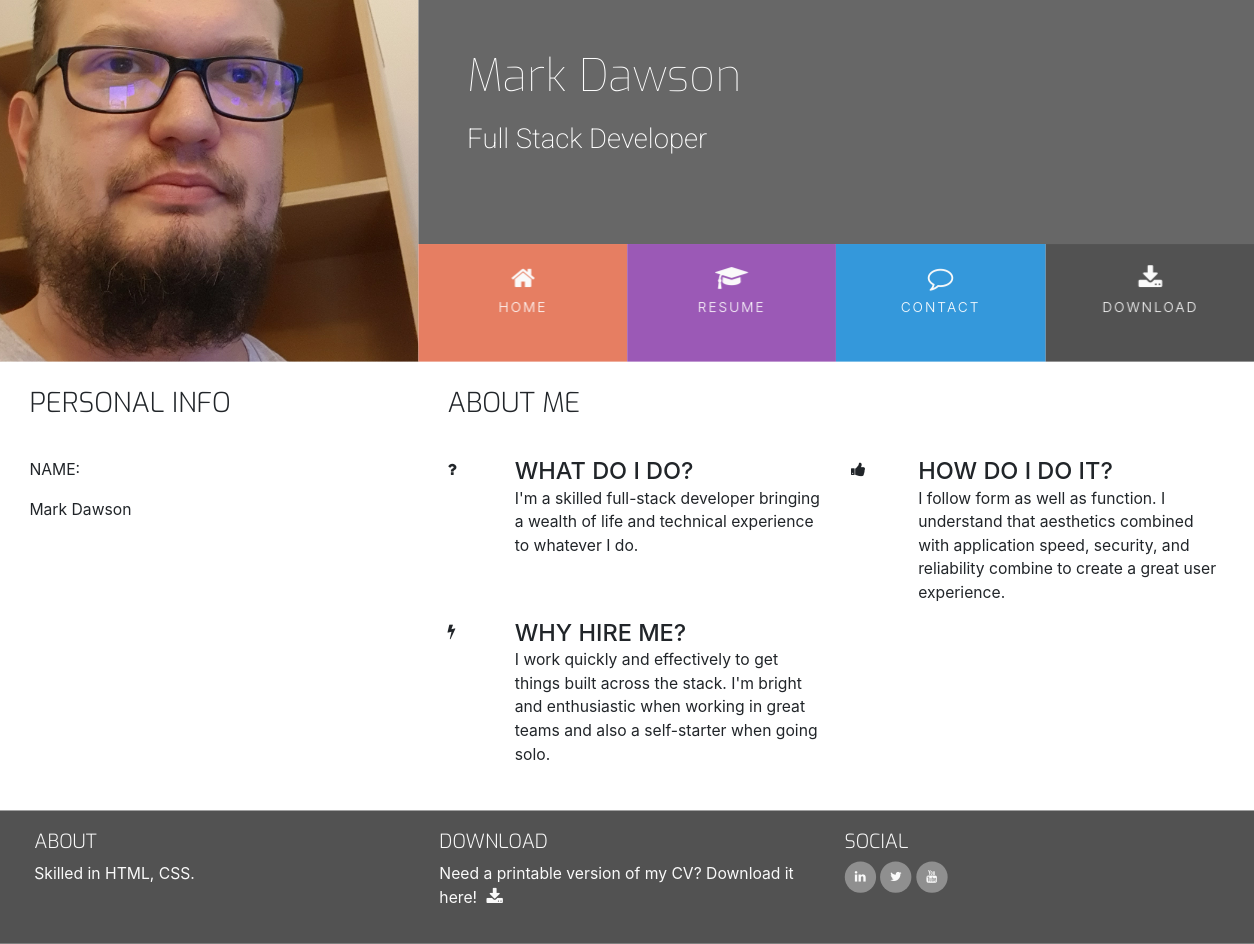
Repository: marcopolomt/resume
Page: index.html
The author's editor kept a record of every edit. The page is drawn from the files as they stood at one moment, then again after the next edit.
The browser window is 1280 px wide. The pictures show the whole page, at 98% of full size.

Above is the page before.

After the next edit:
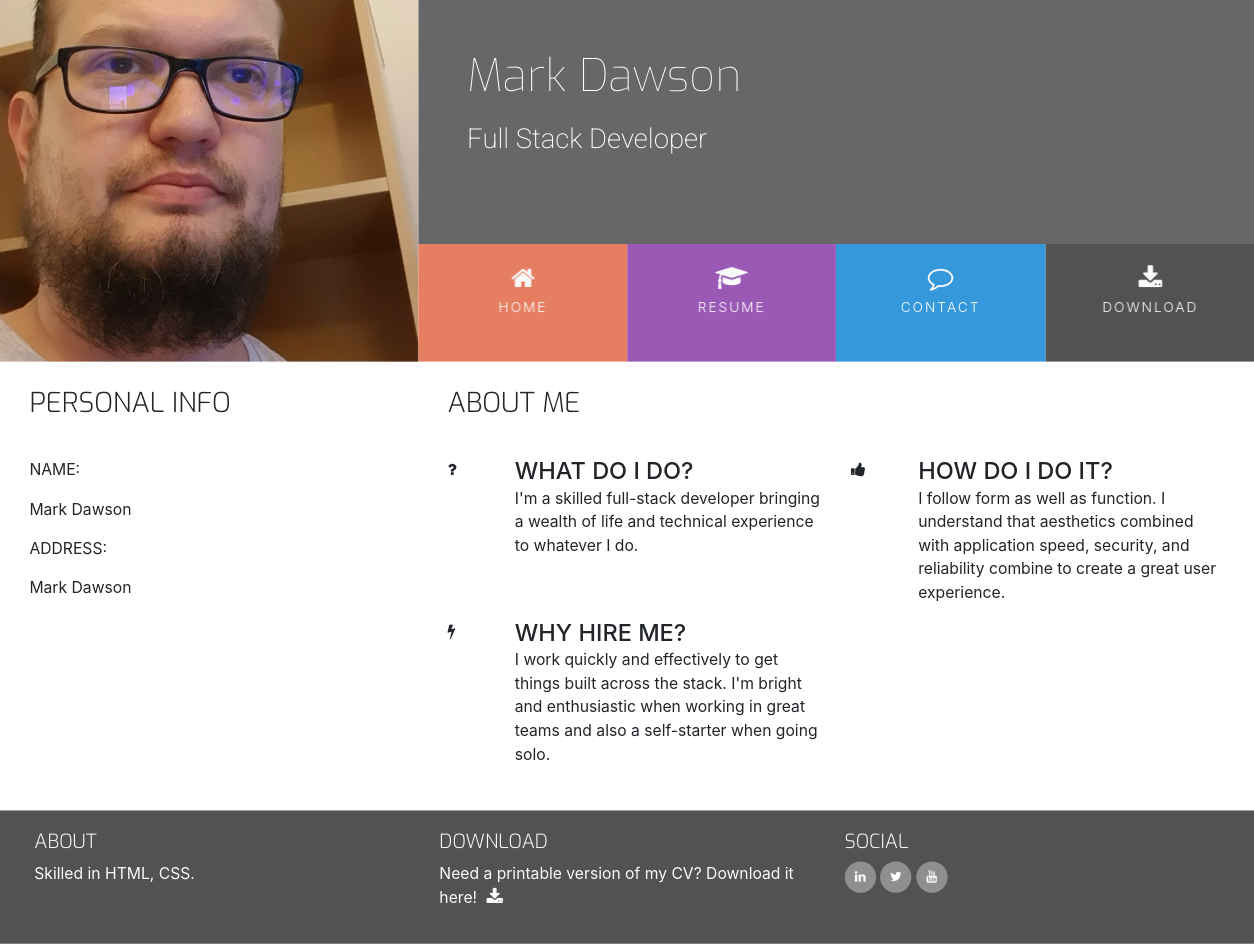
The edit:
--- a/index.html
+++ b/index.html
@@ -60,6 +60,18 @@
                     <div class="key">
                         <p class="uppercase">
                             Name:
+                        </p>
+                    </div>
+                    <div class="value">
+                        <p>
+                            Mark Dawson
+                        </p>
+                    </div>
+                </div>
+                <div class="personal-info-item">
+                    <div class="key">
+                        <p class="uppercase">
+                            Address:
                         </p>
                     </div>
                     <div class="value">
